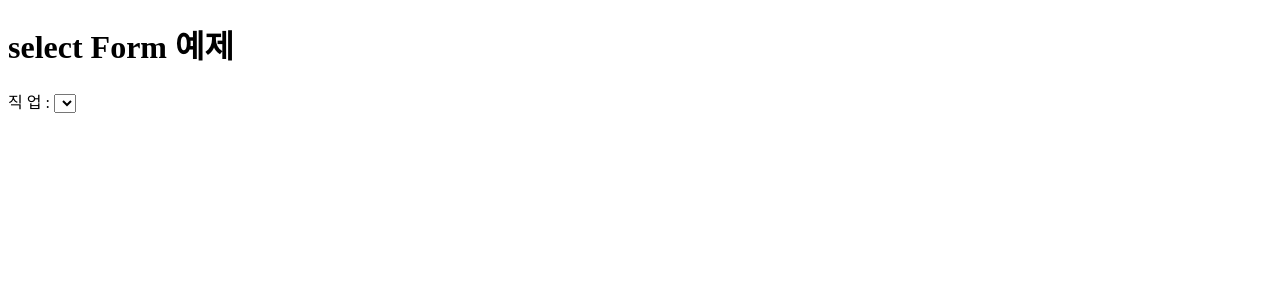
Repository: jsunnypi/JSP
Page: http://localhost/Test/selectForm.jsp
These files come from the project's save history. The page is drawn as it stood at one moment and after the next save; the edit follows.
The browser window is 1280 px wide. The pictures show the whole page.
The page is served by Tomcat 9.

Above is the page before, as saved 2024-11-14 03:05:45.

After the next save:
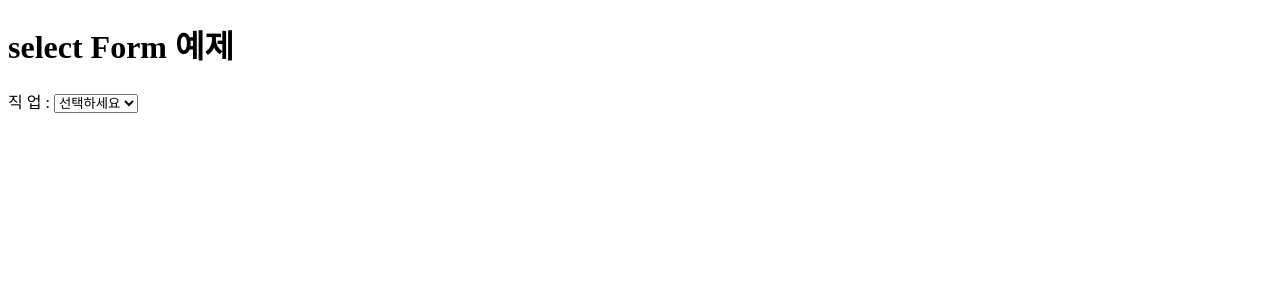
Saved 26 s later.
--- a/Test/src/main/webapp/selectForm.jsp
+++ b/Test/src/main/webapp/selectForm.jsp
@@ -11,7 +11,7 @@
 	<form method="post" action="select.jsp">
 		직 업 :
 		<select id="job" name="job" size="1">
-
+			<option value=""> 선택하세요
 		</select>
 
 	</form>
